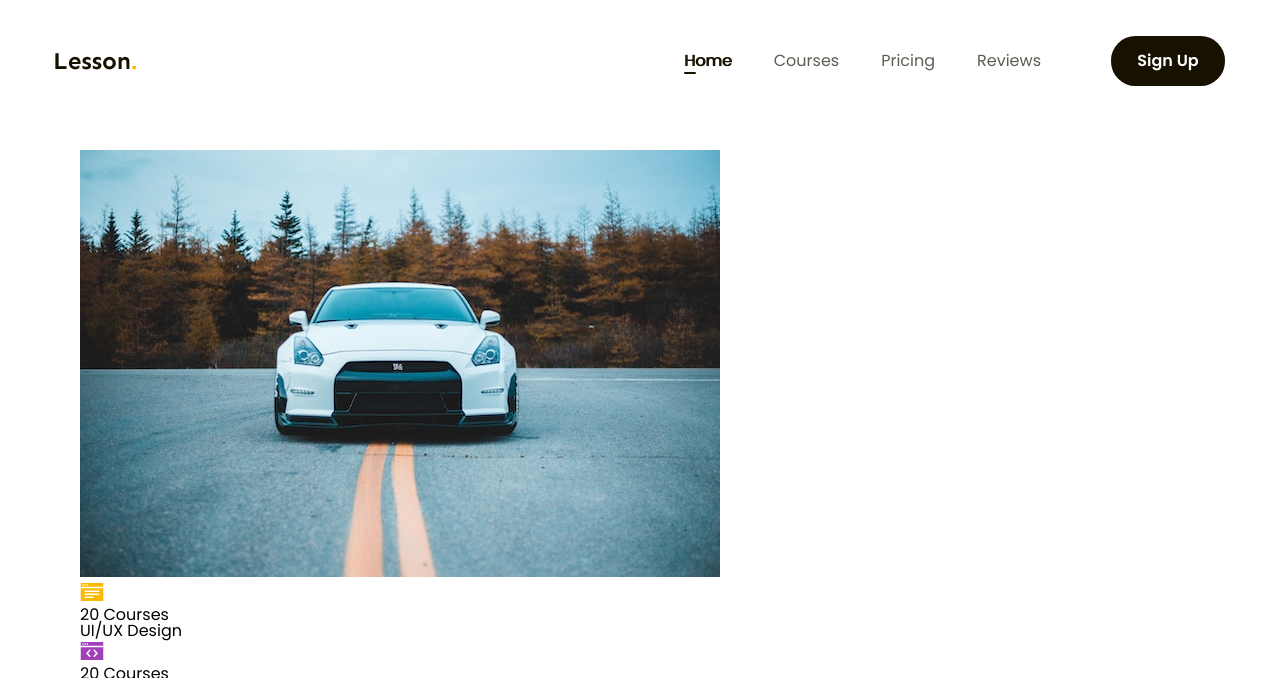
Repository: dongnguyen2112/htmlcss-project-02
Page: index.html
An editor plug-in stored every save of this project. The page is shown before and after the next save, followed by the edit.
The browser window is 1280 px wide. The pictures show the part of the page from y = 0 to 678 px (the page is 5000 px tall).
A picture or video elsewhere on the page could not be fetched, so the positions and the page height are approximate.

Above is the page before, as saved 2023-07-03 13:40:37.

### index.html
<!DOCTYPE html>
<html lang="en">
    <head>
        <meta charset="UTF-8" />
        <meta name="viewport" content="width=device-width, initial-scale=1.0" />
        <title>F8 project 01</title>
        <!-- Reset CSS -->
        <link rel="stylesheet" href="./assets/css/reset.css" />
        <!-- Font -->
        <link rel="preconnect" href="https://fonts.googleapis.com" />
        <link rel="preconnect" href="https://fonts.gstatic.com" crossorigin />
        <link
            href="https://fonts.googleapis.com/css2?family=Poppins:ital,wght@0,400;0,500;0,600;0,700;1,400&family=Sen:wght@700&display=swap"
            rel="stylesheet"
        />
        <!-- Style CSS -->
        <link rel="stylesheet" href="./assets/css/styles.css" />
    </head>
    <body>
        <main style="height: 5000px">
            <!-- Header -->
            <header class="header fixed">
                <div class="main-content">
                    <div class="body">
                        <!-- Logo -->
                        <img src="./assets/img/Logo..png" alt="" class="logo">
                        <!-- Nav -->
                        <nav class="nav">
                            <ul>
                                <li class="active">
                                    <a href="#!">Home</a>
                                </li>
                                <li>
                                    <a href="#!">Courses</a>
                                </li>
                                <li>
                                    <a href="#!">Pricing</a>
                                </li>
                                <li>
                                    <a href="#!">Reviews</a>
                                </li>
                            </ul>
                        </nav>
                        <!-- Action -->
                        <div class="action">
                            <a href="#!" class="btn sign-up-btn">Sign Up </a>
                        </div>
                    </div>
            </header>
            <!-- Hero -->
            <div class="hero">
                <div class="main-content">
                    <div class="body">
                        <!-- Hero-left -->
                        <div class="media-block">
                            <img src="./assets/img/hero-img.jpg" alt="Learn without limits and spread knowledge." class="img">

                            <div class="hero-sumary">
                                <div class="item">
                                    <div class="icon">
                                        <img src="./assets/icon/list.svg" alt="">
                                    </div>
                                    <div class="info">
                                        <div class="lable">20 Courses</div>
                                        <div class="title">UI/UX Design</div>
                                    </div>
                                </div>
                                <div class="item">
                                    <div class="icon">
                                        <img src="./assets/icon/code.svg" alt="">
                                    </div>
                                    <div class="info">
                                        <div class="lable">20 Courses</div>
                                        <div class="title">Development</div>
                                    </div>
                                </div>
                                <div class="item">
                                    <div class="icon">
                                        <img src="./assets/icon/speaker.svg" alt="">
                                    </div>
                                    <div class="info">
                                        <div class="lable">30 Courses</div>
                                        <div class="title">Marketing</div>
                                    </div>
                                </div>
                            </div>
                        </div>
                        <!-- Hero-right -->
                        <div class="content-block">
                            <h1 class="heading">Learn without limits and spread knowledge.</h1>
                            <p class="desc">Build new skills for that “this is my year” feeling with courses, certificates, and degrees from world-class universities and companies.</p>
                            <div class="cta-group">
                                <a href="#!" class="btn">See Courses</a>
                                <button class="watch-video">
                                    <div class="icon">
                                        <img src="./assets/icon/play.svg" alt="">
                                    </div>
                                    <span>Watch Video</span>
                                </button>
                            </div>
                            <p class="desc">Recent engagement</p>
                            <p class="desc">
                               <strong>50K</strong> Students
                                <strong>70+</strong> Courses
                            </p>
                        </div>
                    </div>
                </div>
            </div>
        </main>
    </body>
</html>

### assets/css/styles.css
* {
    box-sizing: border-box;
}
html {
    font-size: 62.5%;
}
body {
    font-size: 1.6rem;
    font-family: "Poppins", sans-serif;
}
/* Common */
a {
    text-decoration: none;
}
.main-content {
    width: 1170px;
    max-width: calc(100% - 48px);
    margin-left: auto;
    margin-right: auto;
}
.btn {
    display: inline-block;
    min-width: 118px;
    padding: 0 16px;
    line-height: 50px;
    color: #fff;
    text-align: center;
    font-size: 1.6rem;
    font-weight: 600;
    border-radius: 24.5px;
    background: #171100;
}
/* Header */

.header.fixed {
    position: sticky;
    top: -28px;
}
.header .body {
    display: flex;
    align-items: center;
    padding: 36px 0 8px;
}
.header .sign-up-btn {
    min-width: 114px;
}
.header .action {
    margin-left: 49px;
}
.nav {
    margin-left: auto;
}
.nav ul {
    display: flex;
}
.nav a {
    color: #5f5b53;
    font-size: 1.6rem;
    padding: 8px 21px;
    position: relative;
}
.nav a:hover,
.nav .active a {
    color: #171100;
    font-size: 1.6rem;
    /* font-weight: 600; */
    text-shadow: 1px 0 0 currentColor;
}
.nav .active a::after {
    content: "";
    left: 21px;
    display: block;
    width: 12px;
    height: 2px;
    border-radius: 1px;
    background: #171100;
    position: absolute;
    bottom: 6px;
}
/* hero */
.hero{
    padding: 56px;
    background-color: ;
}

Loaded but not shown: assets/css/reset.css (common file)

After the next save:
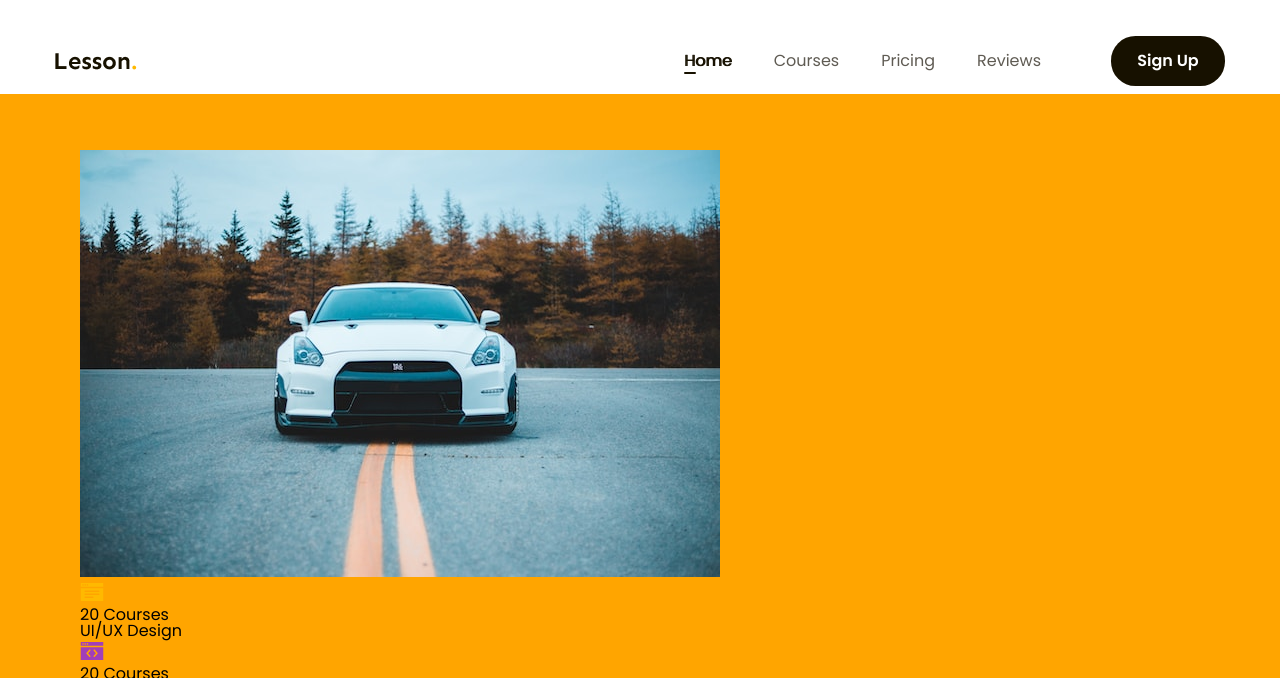
Saved 5 s later.
--- a/assets/css/styles.css
+++ b/assets/css/styles.css
@@ -80,5 +80,5 @@
 /* hero */
 .hero{
     padding: 56px;
-    background-color: ;
+    background-color: orange;
 }

After the 2 saves that followed:
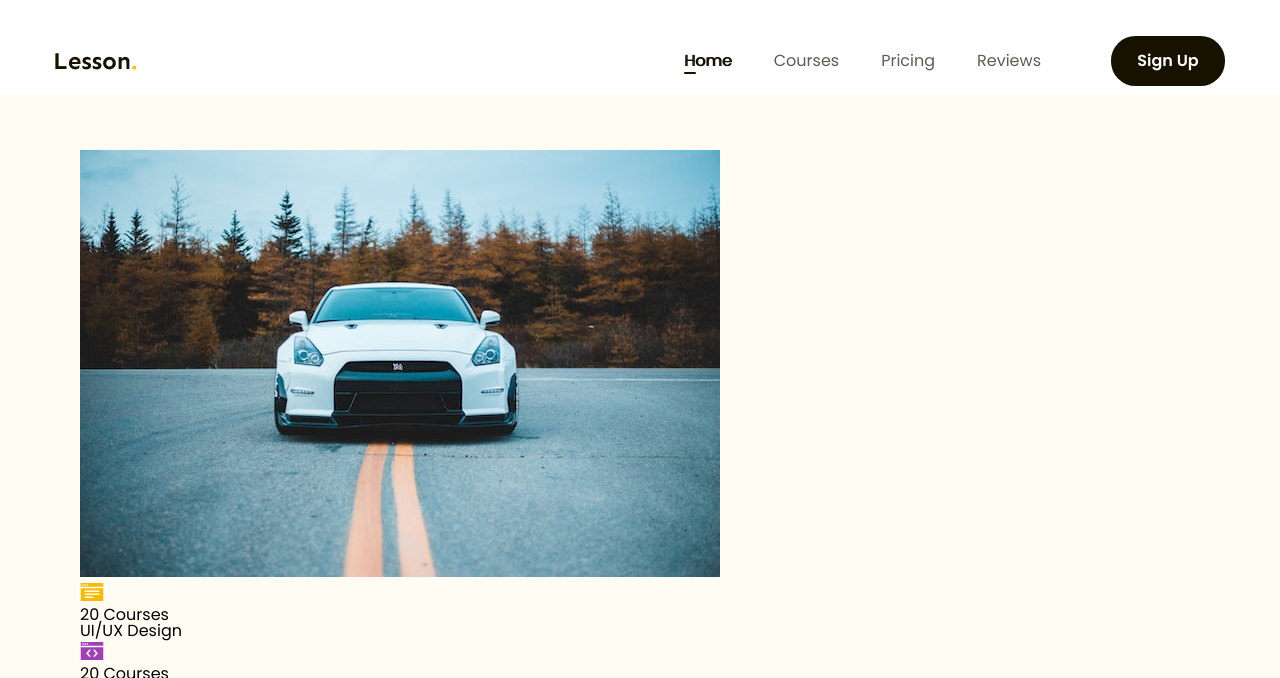
The 2 saves are shown as one change because 1 left the picture as it was.
The last was saved 3 min 13 s later.
--- a/assets/css/styles.css
+++ b/assets/css/styles.css
@@ -80,5 +80,5 @@
 /* hero */
 .hero{
     padding: 56px;
-    background-color: orange;
+    background: #FFFCF4;
 }
